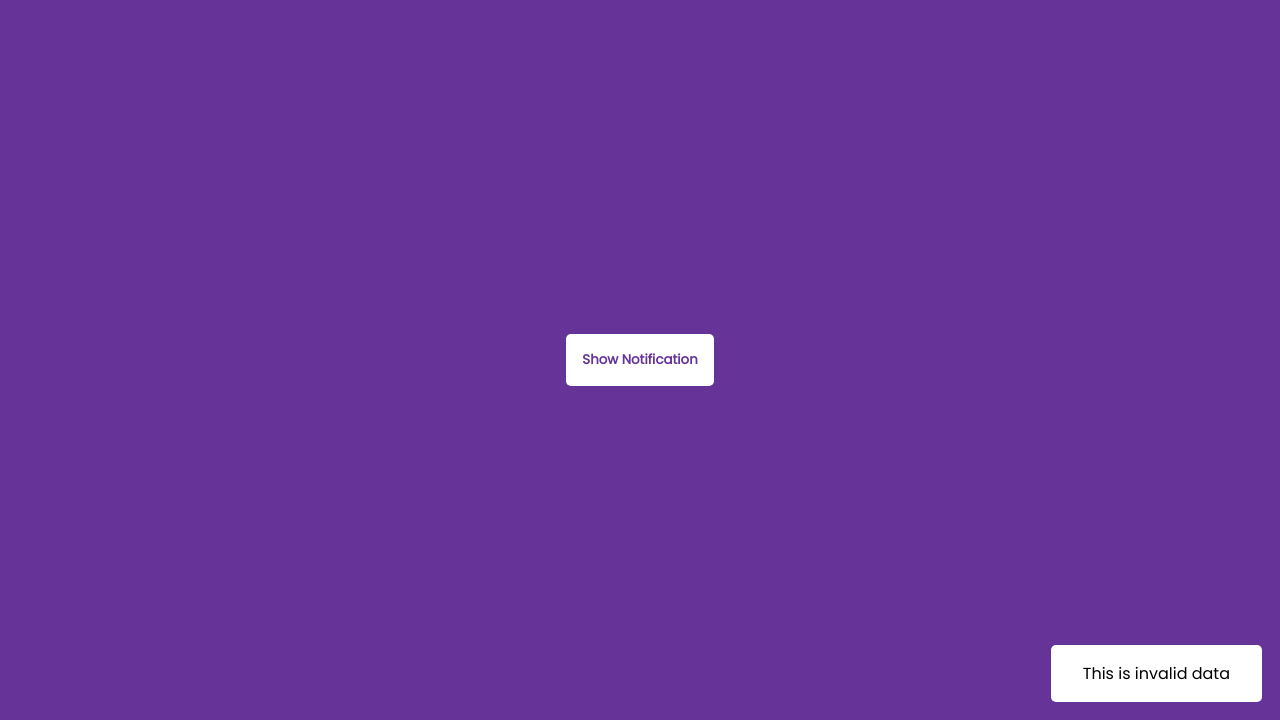
Repository: eagle-tex/50-projects-BT
Page: 27-toast-notification/index.html
The author's editor kept a copy of each file at every save. The page is drawn from the files as they stood at one save, then again after the next save.
The browser window is 1280 px wide. The pictures show the whole page.
After loading, the first visible `#button` was clicked once.

Above is the page before, as saved 2021-01-19 22:38:37.

### 27-toast-notification/index.html
<!DOCTYPE html>
<html lang="en">

<head>
  <meta charset="UTF-8" />
  <meta name="viewport" content="width=device-width, initial-scale=1.0" />
  <link rel="stylesheet" href="style.css" />
  <title>Toast Notification</title>
</head>

<body>
  <div id="toasts">
    <!-- <div class="toast">Hello World</div>
    <div class="toast">Toast Number 2</div> -->
  </div>

  <button class="btn" id="button">Show Notification</button>

  <script src="script.js"></script>
</body>

</html>

### 27-toast-notification/style.css
@import url('https://fonts.googleapis.com/css?family=Poppins:wght@200;400&display=swap');

* {
  box-sizing: border-box;
}

body {
  background-color: rebeccapurple;
  font-family: 'Poppins', sans-serif;
  display: flex;
  flex-direction: column;
  align-items: center;
  justify-content: center;
  height: 100vh;
  overflow: hidden;
  margin: 0;
}

.btn {
  background-color: #fff;
  color: rebeccapurple;
  font-family: inherit;
  font-weight: bold;
  padding: 1rem;
  border-radius: 5px;
  -webkit-border-radius: 5px;
  -moz-border-radius: 5px;
  -ms-border-radius: 5px;
  -o-border-radius: 5px;
  border: none;
  cursor: pointer;
}

.btn:focus {
  outline: none;
}

.btn:active {
  transform: scale(0.98);
  -webkit-transform: scale(0.98);
  -moz-transform: scale(0.98);
  -ms-transform: scale(0.98);
  -o-transform: scale(0.98);
}

#toasts {
  position: fixed;
  bottom: 10px;
  right: 10px;
  display: flex;
  flex-direction: column;
  align-items: flex-end;
}

.toast {
  background-color: #fff;
  border-radius: 5px;
  -webkit-border-radius: 5px;
  -moz-border-radius: 5px;
  -ms-border-radius: 5px;
  -o-border-radius: 5px;
  padding: 1rem 2rem;
  margin: 0.5rem;
}

.toast.info {
  color: rebeccapurple;
}

.toast.success {
  color: green;
}

.toast.error {
  color: red;
}

### 27-toast-notification/script.js
const button = document.getElementById('button');
const toasts = document.getElementById('toasts');
const body = document.querySelector('body');

const messages = [
  'Message One',
  'Something new',
  'Have you seen this?',
  'Unheard of yet!',
];

const colors = ['red', 'green', 'steelblue', 'aqua', 'orange', 'purple'];

function getRandomMessage() {
  return messages[Math.floor(Math.random() * messages.length)];
}

function createNotification(message = null, type = null) {
  const color = colors[Math.floor(Math.random() * colors.length)];

  const notification = document.createElement('div');
  notification.classList.add('toast');
  notification.innerText = message || getRandomMessage();
  toasts.appendChild(notification);
  // notification.style.color = color;
  // notification.style.right = 10;
  // notification.style.bottom = 10;

  setTimeout(() => {
    notification.remove();
  }, 3000);
}

button.addEventListener('click', () =>
  createNotification('This is invalid data')
);

// My version of createNotification
// function createNotification() {
//   const message = messages[Math.floor(Math.random() * messages.length)];
//   const color = colors[Math.floor(Math.random() * colors.length)];

//   const toast = document.createElement('div');
//   toast.classList.add('toast');
//   toast.innerText = message;
//   toast.style.color = color;
//   toast.style.right = 10;
//   toast.style.bottom = 10;
//   toasts.appendChild(toast);

//   setTimeout(() => {
//     toasts.removeChild(toast);
//   }, 3000);
// }

After the next save:
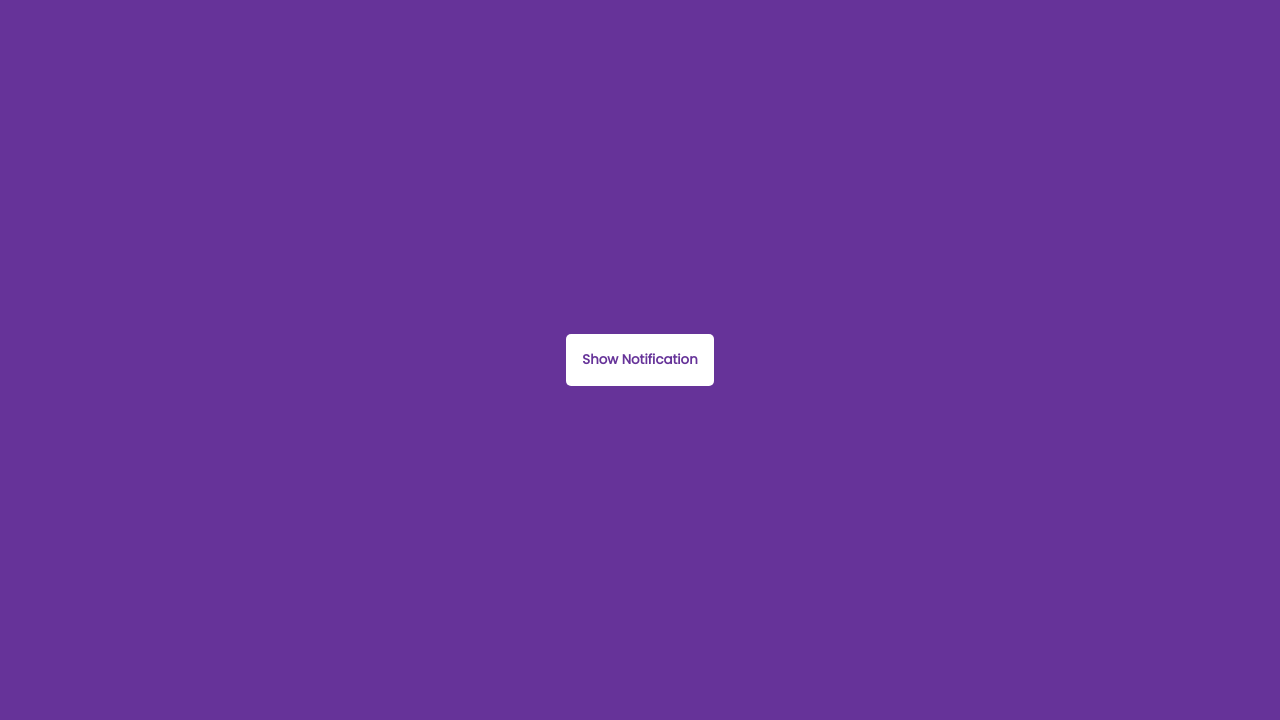
Console error: ReferenceError: info is not defined
Saved 19 s later.
--- a/27-toast-notification/script.js
+++ b/27-toast-notification/script.js
@@ -20,6 +20,7 @@
 
   const notification = document.createElement('div');
   notification.classList.add('toast');
+  notification.classList.add(type || info);
   notification.innerText = message || getRandomMessage();
   toasts.appendChild(notification);
   // notification.style.color = color;

After the save that followed:
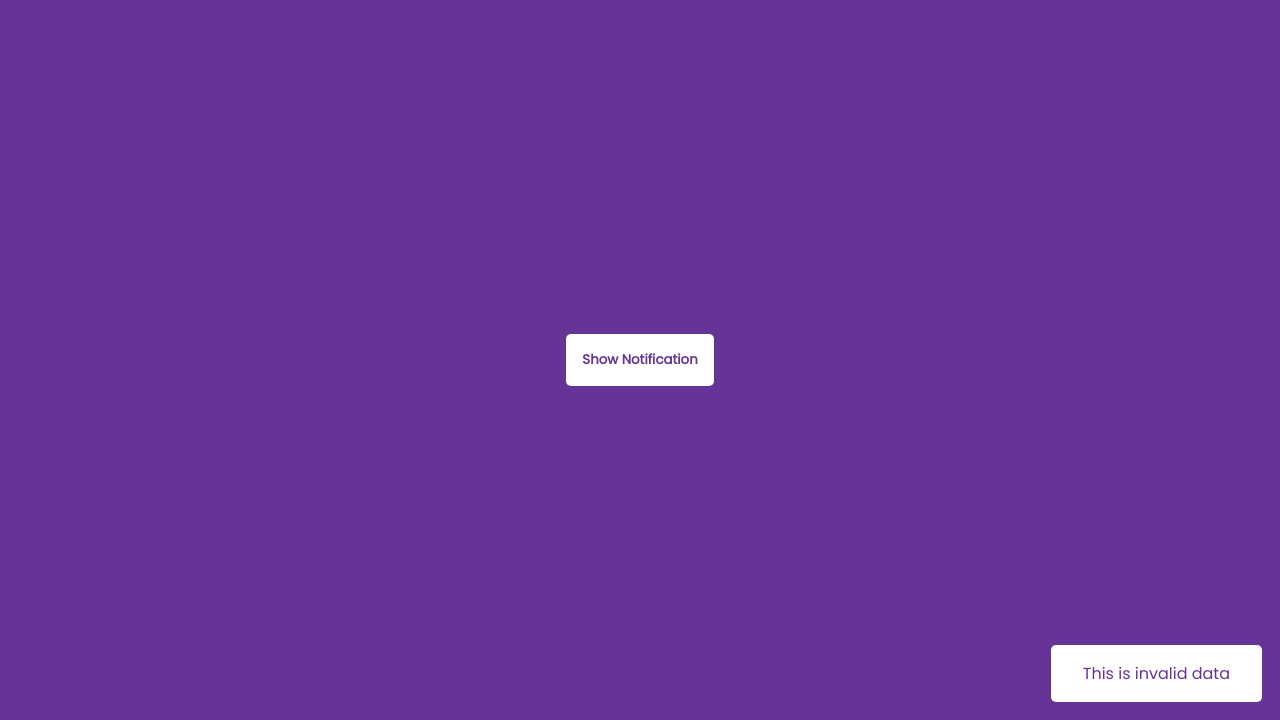
The error is gone.
Saved 8 s later.
--- a/27-toast-notification/script.js
+++ b/27-toast-notification/script.js
@@ -20,7 +20,7 @@
 
   const notification = document.createElement('div');
   notification.classList.add('toast');
-  notification.classList.add(type || info);
+  notification.classList.add(type || 'info');
   notification.innerText = message || getRandomMessage();
   toasts.appendChild(notification);
   // notification.style.color = color;
